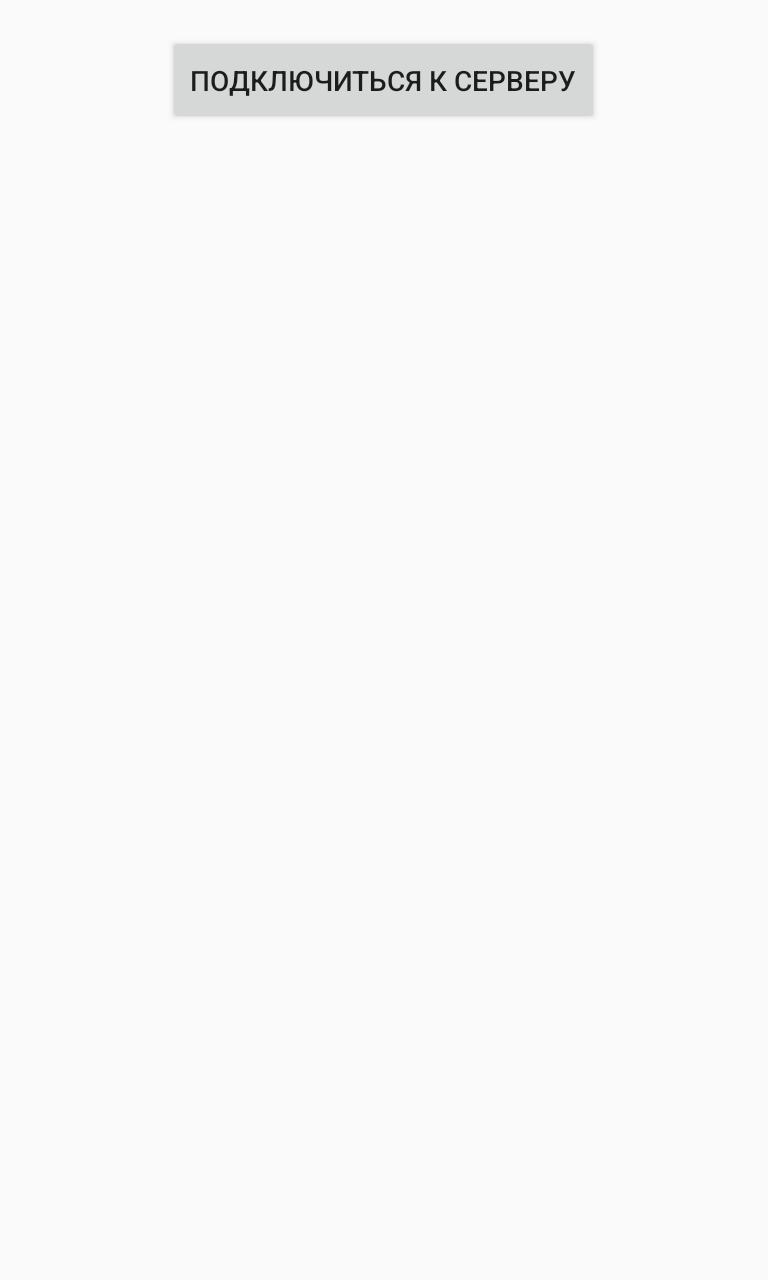
Repository: Laboratory711/Nightjar
Layout: android/Nightjar/workspace/Nightjar/res/layout/fragment_lab1.xml
The author's editor kept a copy of each file at every save. The layout is drawn from the files as they stood at one save, then again after the next save.
It is drawn on a 768 x 1280 px phone screen (xhdpi) without system bars, with theme AppTheme; the app's code is not run. Lists and similar views that code fills are empty.

Above is the layout before, as saved 2014-03-27 00:34:14.

### android/Nightjar/workspace/Nightjar/res/layout/fragment_lab1.xml
<RelativeLayout xmlns:android="http://schemas.android.com/apk/res/android"
    xmlns:tools="http://schemas.android.com/tools"
    android:layout_width="match_parent"
    android:layout_height="match_parent"
    android:paddingBottom="@dimen/activity_vertical_margin"
    android:paddingLeft="@dimen/activity_horizontal_margin"
    android:paddingRight="@dimen/activity_horizontal_margin"
    android:paddingTop="@dimen/activity_vertical_margin"
    tools:context="ru.vint.labsoo.Lab1$PlaceholderFragment" >

    <Button
        android:id="@+id/button1"
        android:layout_width="wrap_content"
        android:layout_height="wrap_content"
        android:layout_alignParentTop="true"
        android:layout_centerHorizontal="true"
        android:onClick="onClickButtom1"
        android:text="@string/text_buttom_Name" />

    <TextView
        android:id="@+id/textView2"
        android:layout_width="wrap_content"
        android:layout_height="wrap_content"
        android:layout_below="@+id/button1"
        android:layout_centerHorizontal="true"
        android:text="@string/TV_text" />

    <ExpandableListView
        android:id="@+id/expandableListView1"
        android:layout_width="match_parent"
        android:layout_height="wrap_content"
        android:layout_below="@+id/textView2"
        android:layout_centerHorizontal="true" >
    </ExpandableListView>

</RelativeLayout>

### android/Nightjar/workspace/Nightjar/res/values/strings.xml
<?xml version="1.0" encoding="utf-8"?>
<resources xmlns:android="http://schemas.android.com/apk/res/android">

    <string name="app_name">LabSOO</string>
    <string name="hello_world">Hello world!</string>
    <string name="action_settings">Настройки</string>
    <string android:layout_width="wrap_content" android:id="@+id/string1" android:layout_height="wrap_content" name="text_IP">IP Адрес сервера</string>
    <string android:id="@+id/string2" android:layout_height="wrap_content" android:layout_width="wrap_content" name="text_Port">Адрес порта</string>
    <string android:id="@+id/string3" android:layout_height="wrap_content" android:layout_width="wrap_content" name="text_buttom_Name">Подключиться к серверу</string>
    <string android:id="@+id/string4" android:layout_height="wrap_content" android:layout_width="wrap_content" name="TV_text"></string>
    <string android:id="@+id/string5" android:layout_height="wrap_content" android:layout_width="wrap_content" name="text_pref_app">Приложение написано группой студентов.</string>
	<string name="pref_IP">IP_adres</string>
	<string name="pref_App">App</string>
	<string name="pref_Port">Prot</string>
</resources>

Loaded but not shown: android/Nightjar/workspace/Nightjar/res/values/styles.xml (common file); android/Nightjar/workspace/Nightjar/res/values-v11/styles.xml (common file); android/Nightjar/workspace/Nightjar/res/values-v14/styles.xml (common file); android/Nightjar/workspace/Nightjar/res/values/dimens.xml (common file); android/Nightjar/workspace/Nightjar/res/values-w820dp/dimens.xml (common file)

After the next save:
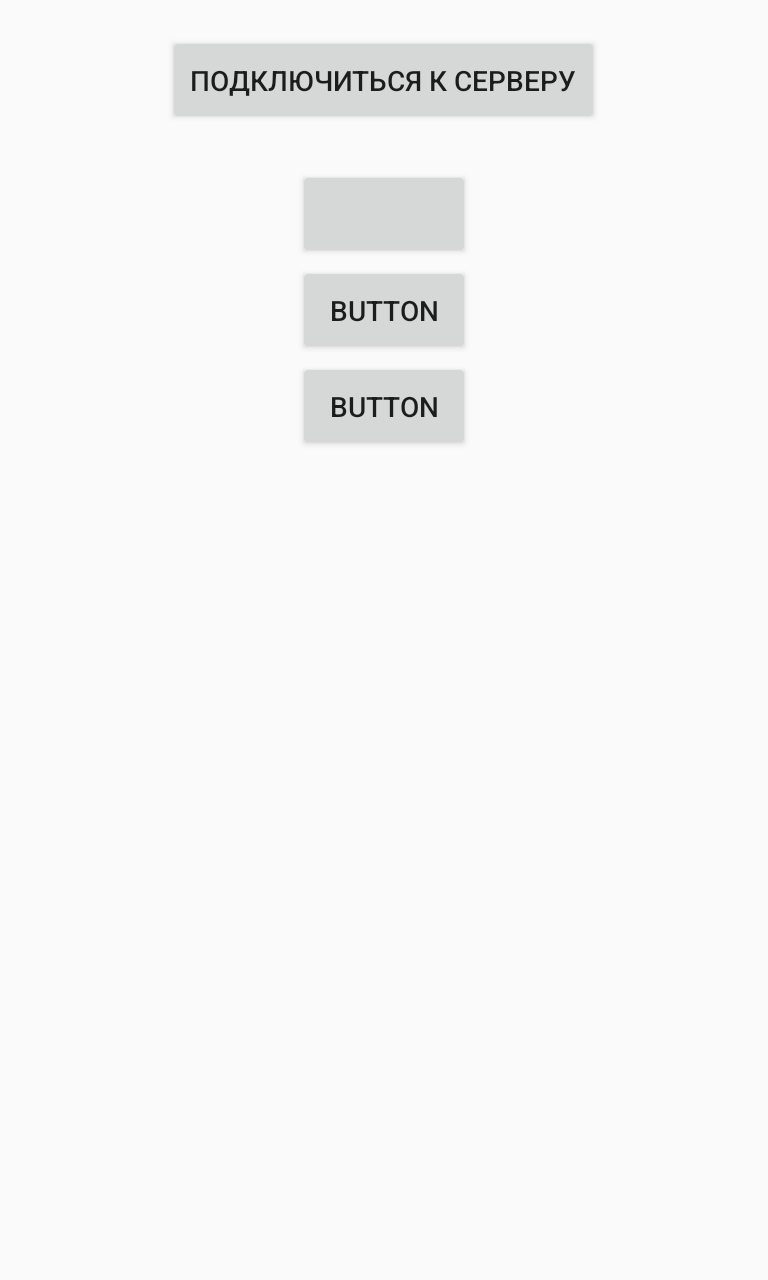
Saved 14 min 19 s later.
--- a/android/Nightjar/workspace/Nightjar/res/layout/fragment_lab1.xml
+++ b/android/Nightjar/workspace/Nightjar/res/layout/fragment_lab1.xml
@@ -25,12 +25,27 @@
         android:layout_centerHorizontal="true"
         android:text="@string/TV_text" />
 
-    <ExpandableListView
-        android:id="@+id/expandableListView1"
-        android:layout_width="match_parent"
+    <Button
+        android:id="@+id/button2"
+        android:layout_width="wrap_content"
         android:layout_height="wrap_content"
         android:layout_below="@+id/textView2"
-        android:layout_centerHorizontal="true" >
-    </ExpandableListView>
+        android:layout_centerHorizontal="true" />
+
+    <Button
+        android:id="@+id/button3"
+        android:layout_width="wrap_content"
+        android:layout_height="wrap_content"
+        android:layout_alignLeft="@+id/button2"
+        android:layout_below="@+id/button2"
+        android:text="Button" />
+
+    <Button
+        android:id="@+id/button4"
+        android:layout_width="wrap_content"
+        android:layout_height="wrap_content"
+        android:layout_alignLeft="@+id/button3"
+        android:layout_below="@+id/button3"
+        android:text="Button" />
 
 </RelativeLayout>
--- a/android/Nightjar/workspace/Nightjar/res/values/strings.xml
+++ b/android/Nightjar/workspace/Nightjar/res/values/strings.xml
@@ -9,6 +9,9 @@
     <string android:id="@+id/string3" android:layout_height="wrap_content" android:layout_width="wrap_content" name="text_buttom_Name">Подключиться к серверу</string>
     <string android:id="@+id/string4" android:layout_height="wrap_content" android:layout_width="wrap_content" name="TV_text"></string>
     <string android:id="@+id/string5" android:layout_height="wrap_content" android:layout_width="wrap_content" name="text_pref_app">Приложение написано группой студентов.</string>
+	<string android:id="@+id/string6" android:layout_height="wrap_content" android:layout_width="wrap_content" name="text_buttom2_Name">Выполнить скрипт</string>
+	<string android:id="@+id/string7" android:layout_height="wrap_content" android:layout_width="wrap_content" name="text_buttom3_Name">Загрузить скрипт</string>
+	<string android:id="@+id/string8" android:layout_height="wrap_content" android:layout_width="wrap_content" name="text_buttom4_Name">Написать скрипт</string>
 	<string name="pref_IP">IP_adres</string>
 	<string name="pref_App">App</string>
 	<string name="pref_Port">Prot</string>
